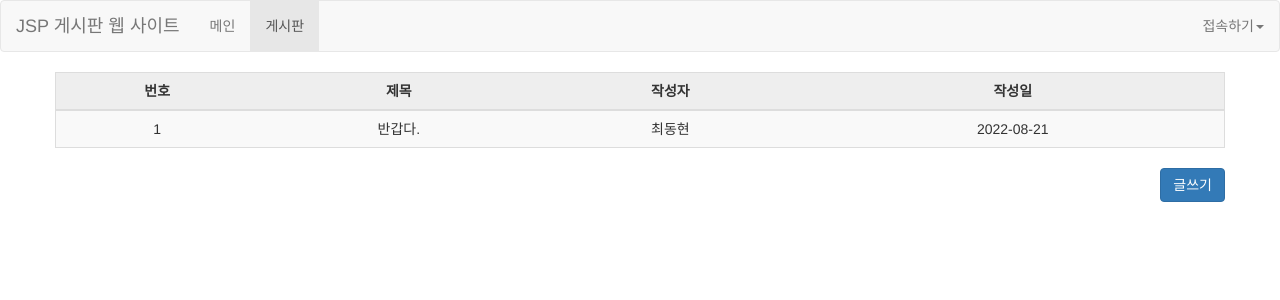
Repository: flown222/JSP_BasicWebsite_Project
Page: http://localhost/BBS/bbs.jsp
These files come from the project's save history. The page is drawn as it stood at one moment and after the next save; the edit follows.
The browser window is 1280 px wide. The pictures show the whole page.
The page is served by Tomcat 9.

Above is the page before, as saved 2022-08-21 06:53:58.

After the next save:
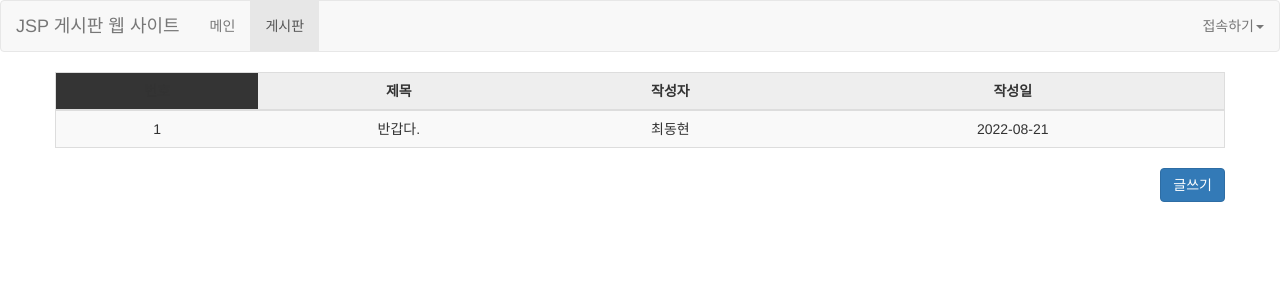
Saved 79 s later.
--- a/projects /BBS/src/main/webapp/bbs.jsp
+++ b/projects /BBS/src/main/webapp/bbs.jsp
@@ -73,7 +73,7 @@
 			<table class="table table-striped" style="text-align : center; border: 1px solid #dddddd">
 				<thead>
 					<tr>
-						<th style="background-color: #eeeeee; text-align: center;">번호</th>
+						<th style="background-color: #343434; text-align: center;">번호</th>
 						<th style="background-color: #eeeeee; text-align: center;">제목</th>
 						<th style="background-color: #eeeeee; text-align: center;">작성자</th>
 						<th style="background-color: #eeeeee; text-align: center;">작성일</th>

After the save that followed:
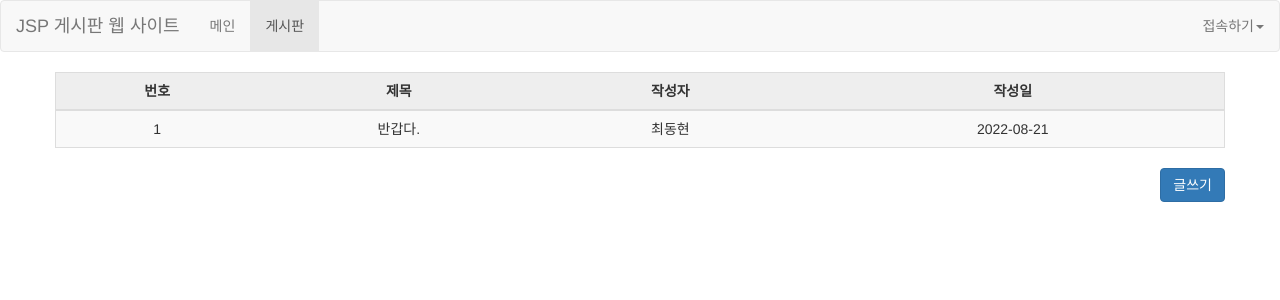
Saved 13 s later.
--- a/projects /BBS/src/main/webapp/bbs.jsp
+++ b/projects /BBS/src/main/webapp/bbs.jsp
@@ -73,7 +73,7 @@
 			<table class="table table-striped" style="text-align : center; border: 1px solid #dddddd">
 				<thead>
 					<tr>
-						<th style="background-color: #343434; text-align: center;">번호</th>
+						<th style="background-color: #eeeeee; text-align: center;">번호</th>
 						<th style="background-color: #eeeeee; text-align: center;">제목</th>
 						<th style="background-color: #eeeeee; text-align: center;">작성자</th>
 						<th style="background-color: #eeeeee; text-align: center;">작성일</th>
